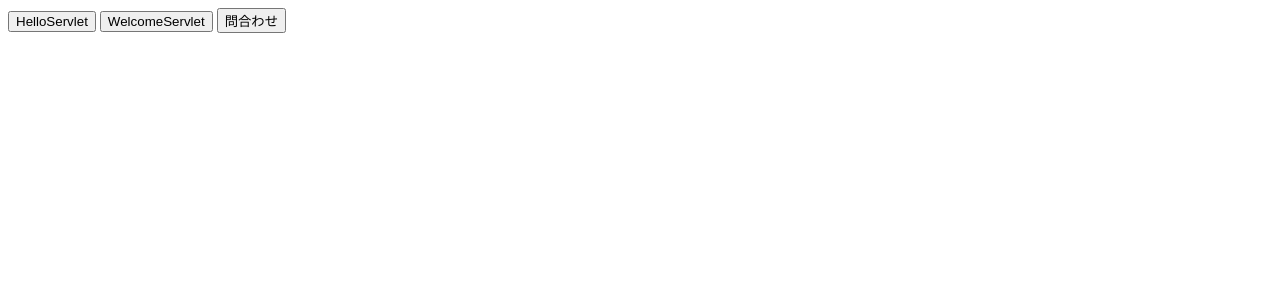
Repository: motoyama0/test
Page: http://localhost/HelloServlet/
The author's editor kept a copy of each file at every save. The page is drawn from the files as they stood at one save, then again after the next save.
The browser window is 1280 px wide. The pictures show the whole page.
The page is served by Tomcat 9.

Above is the page before, as saved 2018-09-28 11:05:12.

After the next save:
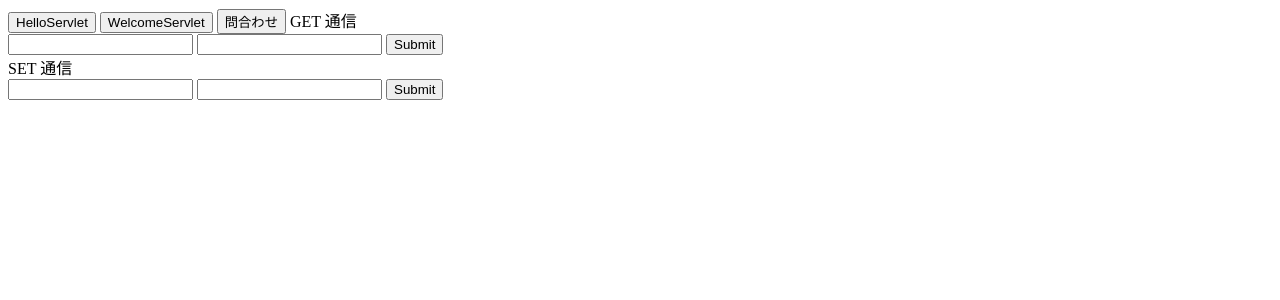
Saved 5 min 56 s later.
--- a/HelloServlet/WebContent/index.jsp
+++ b/HelloServlet/WebContent/index.jsp
@@ -10,5 +10,17 @@
 <input type="button" value="HelloServlet" onClick="location.href='HelloServlet'">
 <input type="button" value="WelcomeServlet" onClick="location.href='welnome.jsp'">
 <input type="button" value="問合わせ" onClick="location.href='inquiry.jsp'">
+GET 通信
+<form method="get" action="TestServlet">
+<input type="text" name="username">
+<input type="password" name="password">
+<input type="submit" name="送信">
+</form>
+SET 通信
+<form method="post" action="TestServlet">
+<input type="text" name="username">
+<input type="password" name="password">
+<input type="submit" name="送信">
+</form>
 </body>
 </html>
